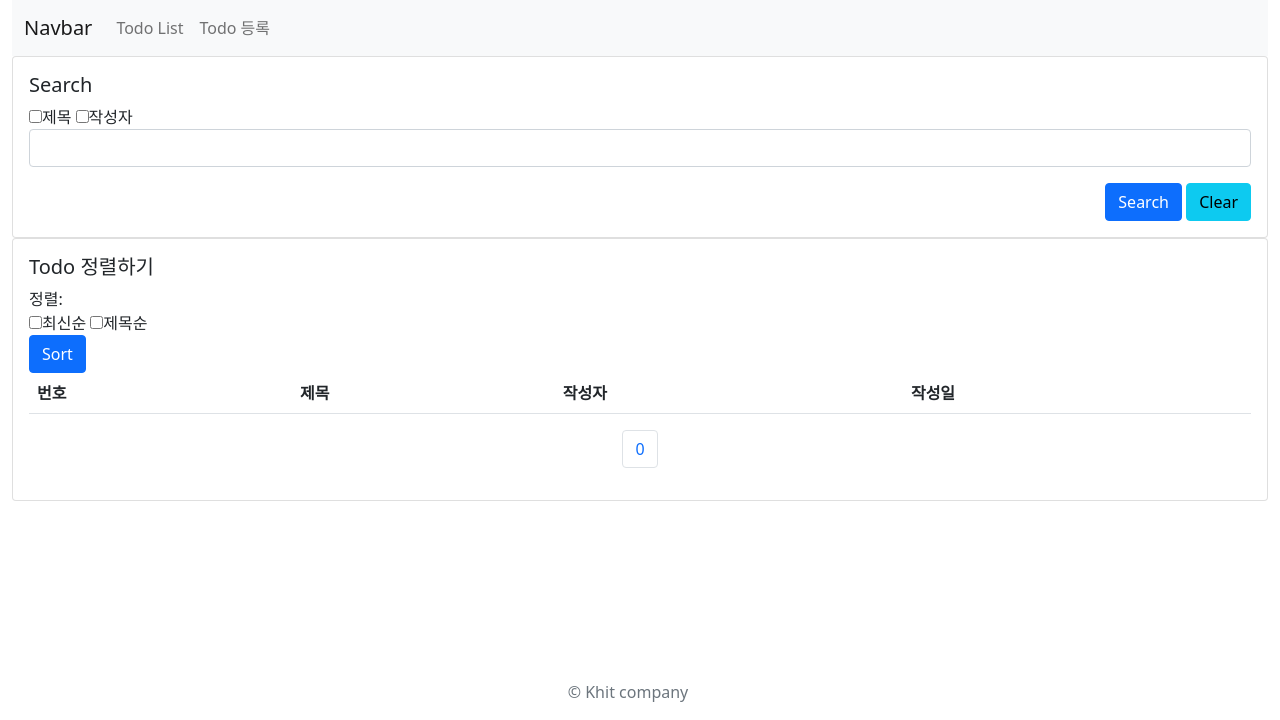
Repository: KyoungHwanJeong/springworks
Page: http://localhost/todoweb/WEB-INF/views/todo/list_sort.jsp
These files come from the project's save history. The page is drawn as it stood at one moment and after the next save; the edit follows.
The browser window is 1280 px wide. The pictures show the whole page.
The page is served by Tomcat 9. Nobody is signed in. The template is opened directly, without the code that normally fills it, so the values that code supplies are empty.

Above is the page before, as saved 2024-01-10 05:27:08.

After the next save:
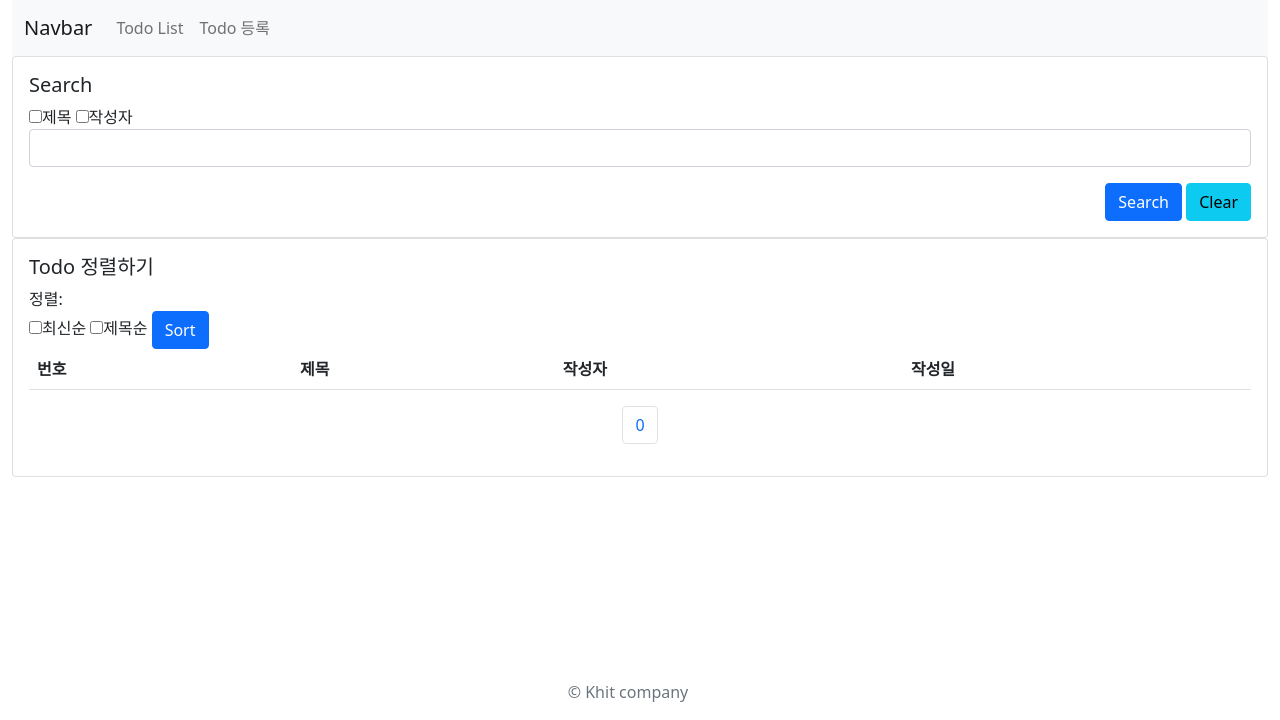
Saved 12 s later.
--- a/todoweb/src/main/webapp/WEB-INF/views/todo/list_sort.jsp
+++ b/todoweb/src/main/webapp/WEB-INF/views/todo/list_sort.jsp
@@ -48,8 +48,7 @@
 								<div>
 								<input type="checkbox" name="sorts" value="recent">최신순
 								<input type="checkbox" name="sorts" value="popular">제목순
-								</div>
-								<div>
+
 									<button type="submit" class="btn btn-primary">Sort</button>
 								</div>
 
